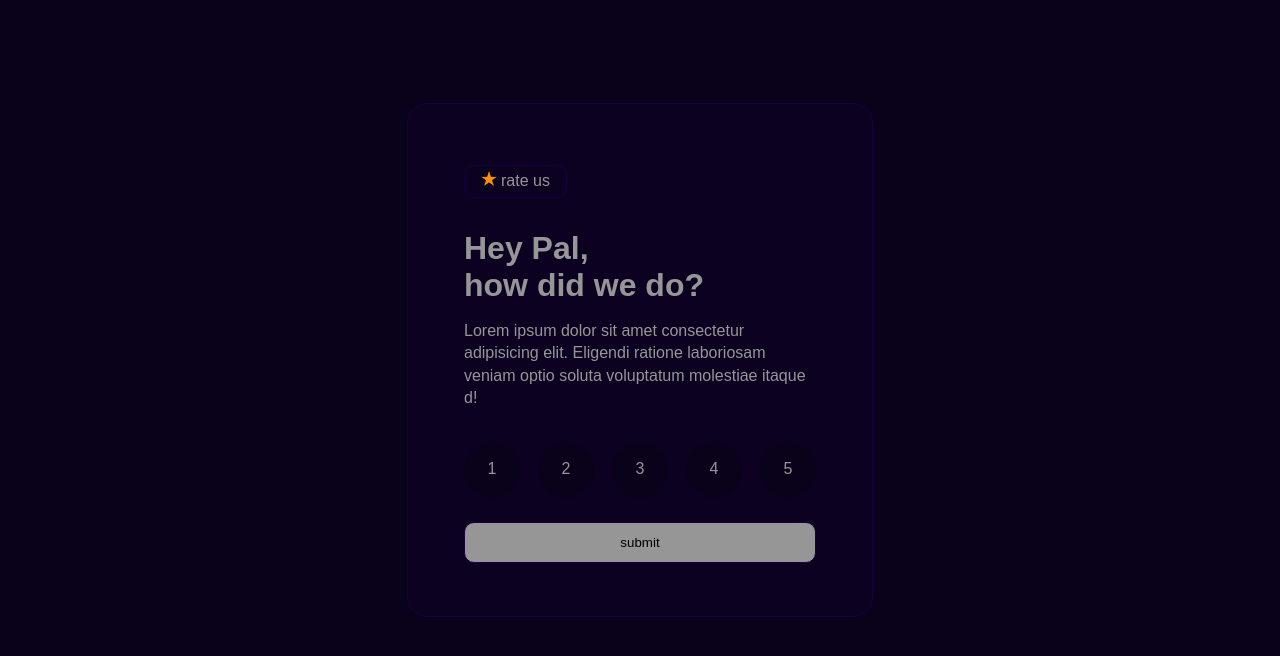
Repository: russel-success/xcodepp-TASK-2
Page: index.html
The author's editor kept a copy of each file at every save. The page is drawn from the files as they stood at one save, then again after a run of saves.
The browser window is 1280 px wide. The pictures show the whole page.

Above is the page before, as saved 2024-05-27 09:19:29.

After the next 2 saves:
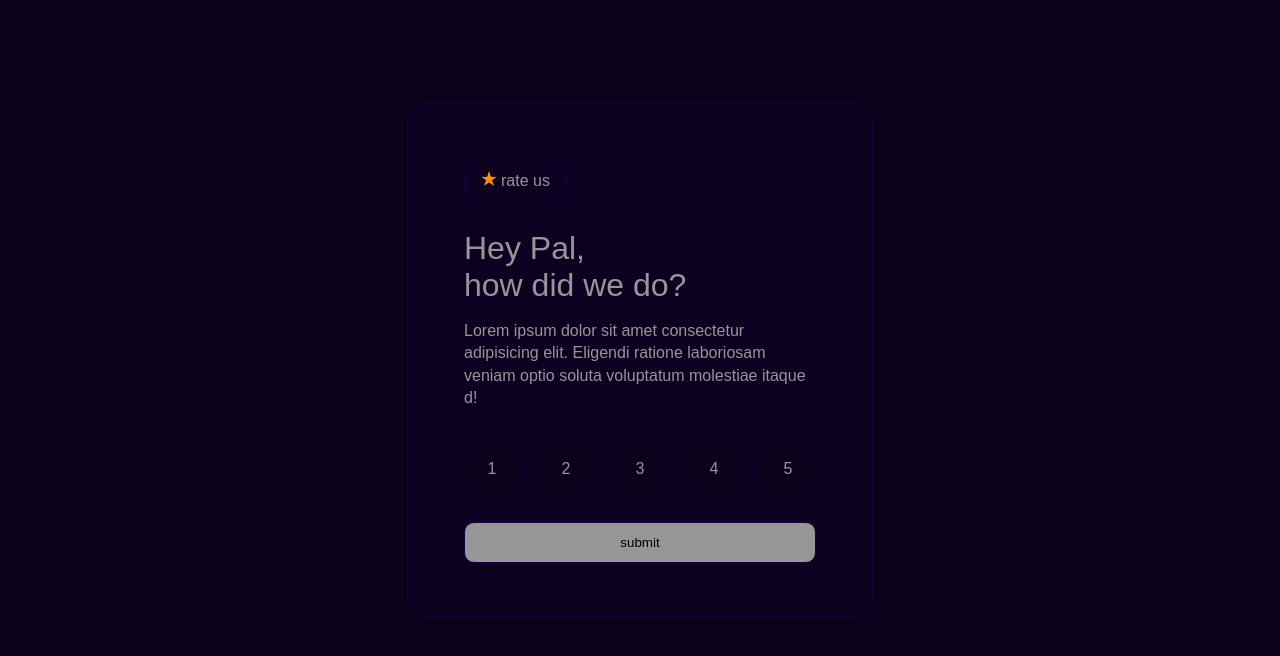
The 2 saves are shown as one change because they came seconds apart.
The last was saved 8 s later.
--- a/styles/styles.css
+++ b/styles/styles.css
@@ -58,7 +58,7 @@
 }
 h1{
     line-height: normal;
-    font-weight:bold;
+    font-weight:bolder;
 }
 .body-text{
     color:inherit;

After the save that followed:
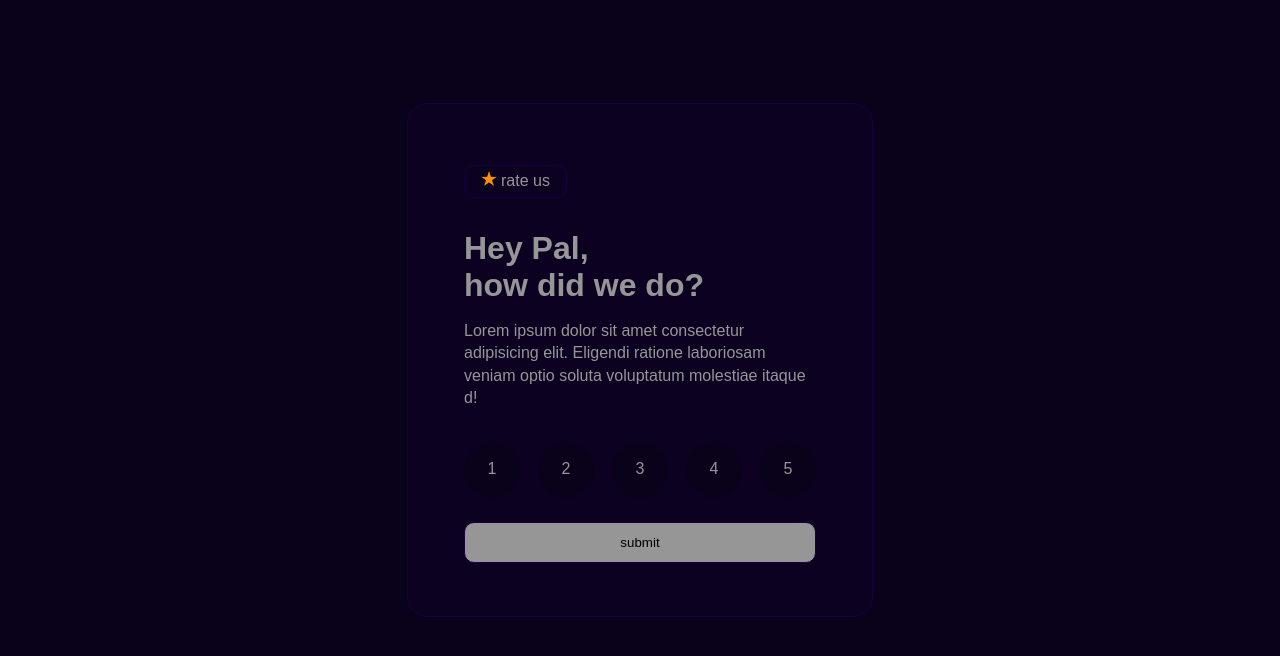
Saved 11 s later.
--- a/styles/styles.css
+++ b/styles/styles.css
@@ -58,7 +58,7 @@
 }
 h1{
     line-height: normal;
-    font-weight:bolder;
+    font-weight:800;
 }
 .body-text{
     color:inherit;
